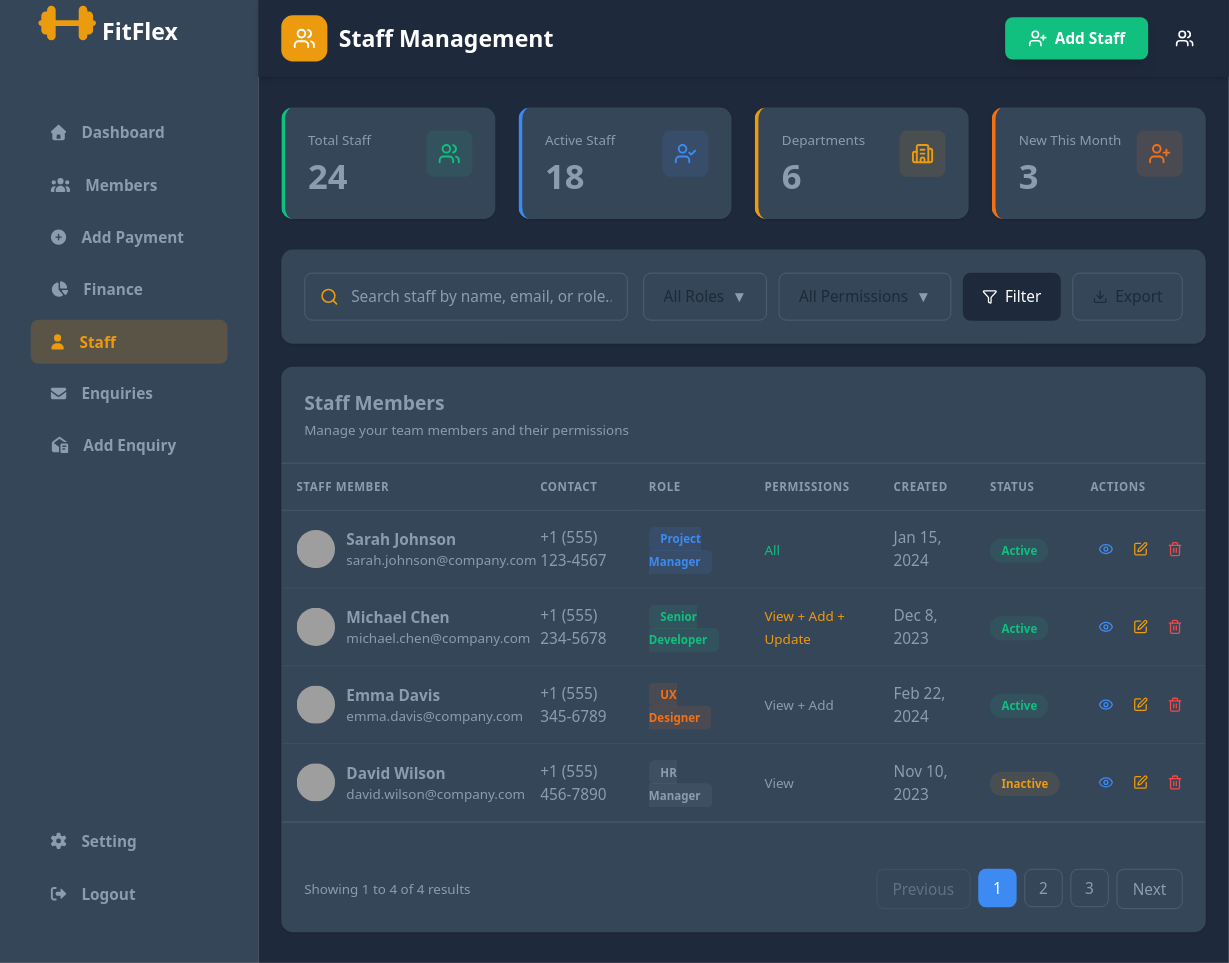
Repository: MuhammadTalhaTaj/gym_management_app_backend
Page: /staff (app in frontend/)
These files come from the project's save history. The page is drawn as it stood at one moment and after the next save; the edit follows.
The browser window is 1280 px wide. The pictures show the whole page, at 96% of full size.
Pictures or frames that could not be fetched are drawn as grey boxes. The project was rebuilt for these pictures with package versions that can differ from the ones it lists, and the page was loaded fresh each time. Also part of the build but not shown: frontend/vite.config.ts, frontend/src/assets/styles/AdminHeader.css, frontend/src/Components/AdminHeader.tsx, frontend/src/assets/styles/AdminDashboard.css, frontend/src/hooks/useDashboardData.ts, frontend/src/assets/styles/AdminDashboardStats.css, frontend/src/Components/AdminDashboardStats.tsx, frontend/src/Components/IncomeExpenseChart.tsx and 30 more.

Above is the page before, as saved 2025-11-21 10:08:34.

After the next save:
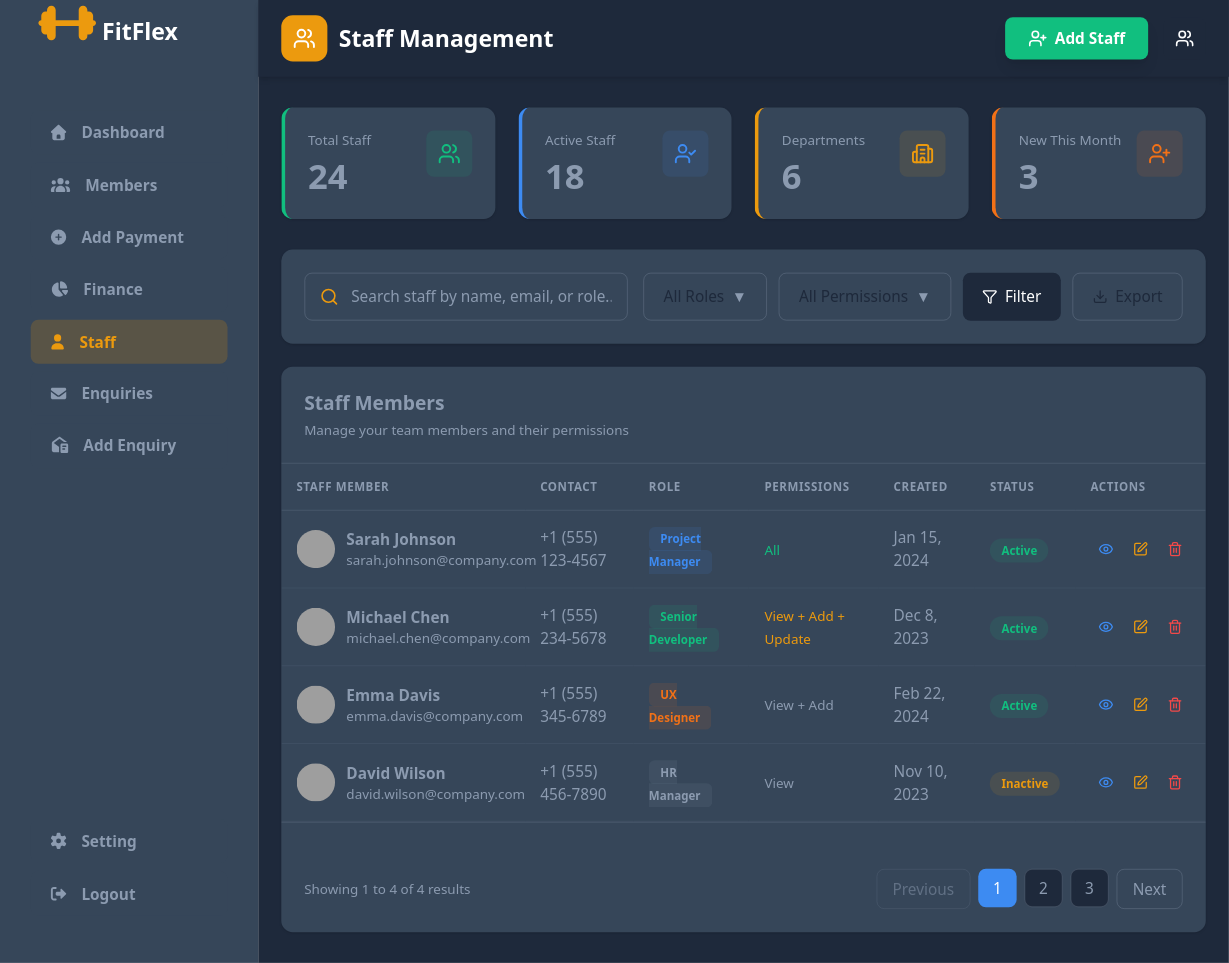
Saved 20 s later.
--- a/frontend/src/pages/Admin/Staff.tsx
+++ b/frontend/src/pages/Admin/Staff.tsx
@@ -227,7 +227,7 @@
           className={`w-10 h-10 rounded-lg font-medium transition-colors ${
             currentPage === i + 1
               ? 'bg-[#3D8BF2] text-white'
-              : 'border border-[#8C9BB0]/30 text-[var(--primary-300)] hover:bg-[#F8FAFC]'
+              : 'border border-[#8C9BB0]/30 text-[var(--primary-300)] bg-[var(--primary-200)]'
           }`}
         >
           {i + 1}

After the save that followed:
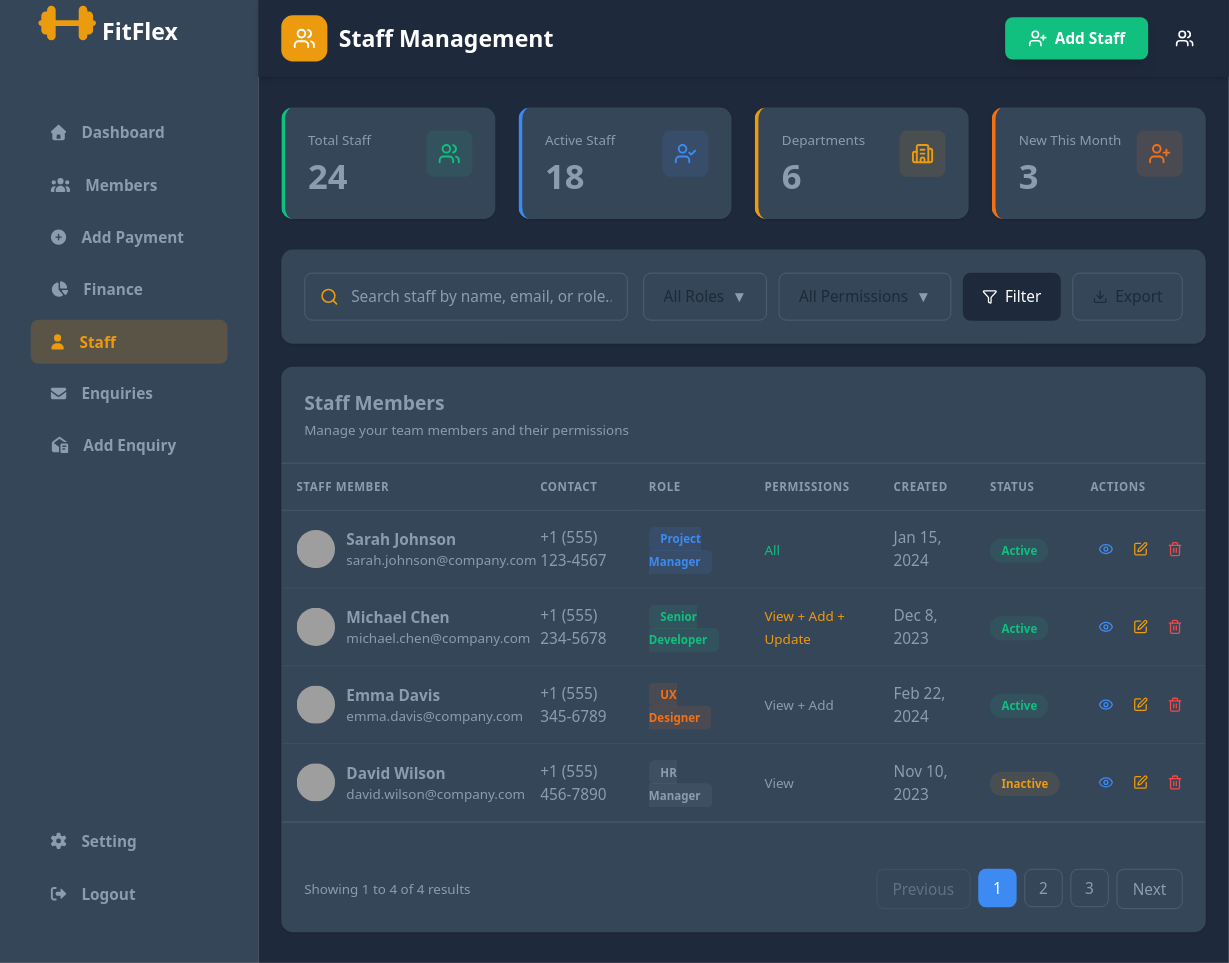
Saved 6 s later.
--- a/frontend/src/pages/Admin/Staff.tsx
+++ b/frontend/src/pages/Admin/Staff.tsx
@@ -227,7 +227,7 @@
           className={`w-10 h-10 rounded-lg font-medium transition-colors ${
             currentPage === i + 1
               ? 'bg-[#3D8BF2] text-white'
-              : 'border border-[#8C9BB0]/30 text-[var(--primary-300)] bg-[var(--primary-200)]'
+              : 'border border-[#8C9BB0]/30 text-[var(--primary-300)] hover:bg-[#F8FAFC]'
           }`}
         >
           {i + 1}
